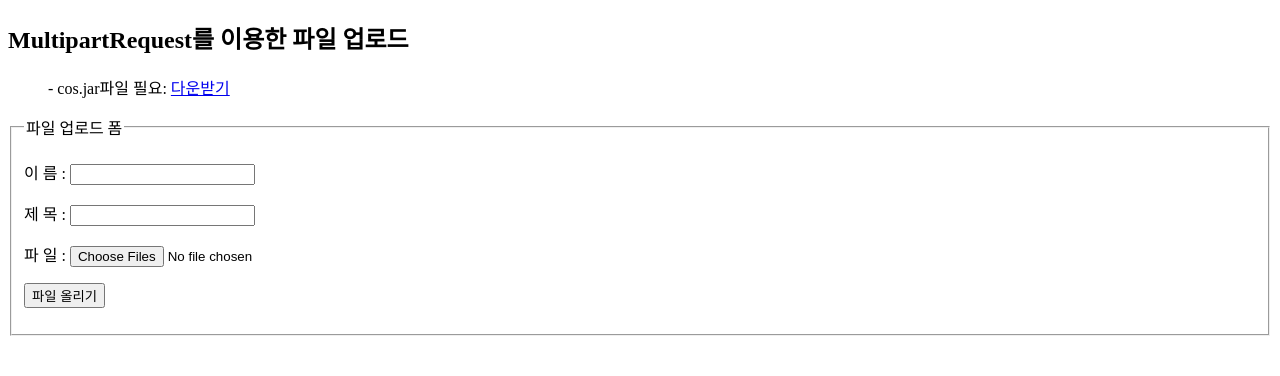
Repository: zhyuk/FullStackStudy
Page: http://localhost/jsptwo/11_01_fileupload01.jsp
These files come from the project's save history. The page is drawn as it stood at one moment and after the next save; the edit follows.
The browser window is 1280 px wide. The pictures show the whole page.
The page is served by Tomcat 9.

Above is the page before, as saved 2024-08-29 04:17:39.

After the next save:
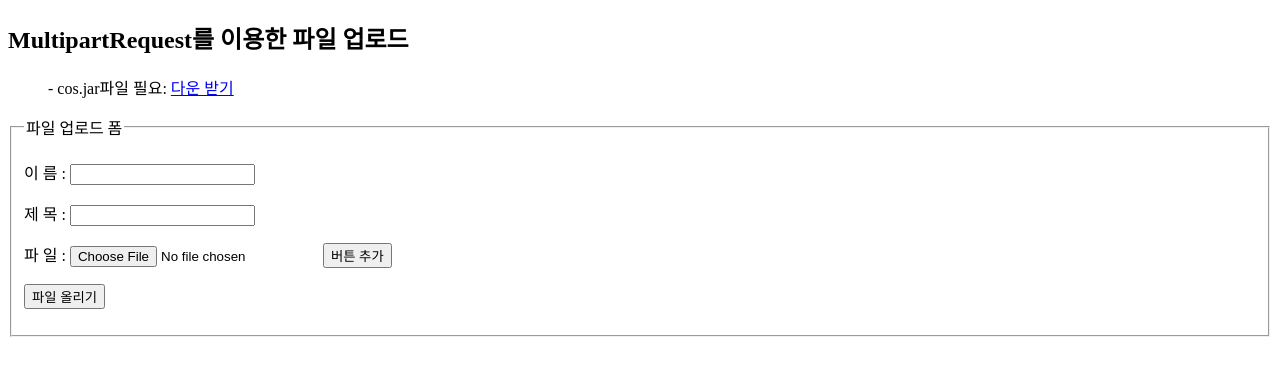
Saved 50 s later.
--- a/jsp/jspwork/jsptwo/src/main/webapp/11_01_fileupload01.jsp
+++ b/jsp/jspwork/jsptwo/src/main/webapp/11_01_fileupload01.jsp
@@ -1,95 +1,83 @@
-<%@ page language="java" contentType="text/html; charset=UTF-8"
-	pageEncoding="UTF-8"%>
+<%@ page language="java" contentType="text/html; charset=UTF-8" pageEncoding="UTF-8"%>
 <!DOCTYPE html>
 <html>
 <head>
-<meta charset="UTF-8">
-<title>Insert title here</title>
+<title>File Upload</title>
 <script>
-		function addFileFnc() {
-			/* .previousSibling : 노드단위. **공백까지도 포함한 텍스트. 나의 형제요소 중 바로 위의 형 요소 => <input type="file" name="filename1">
-				** 공백까지 포함하기 때문에 input태그와 button 태그 사이에 공백 입력하면 안됨.
-				.getAttribute("name").replace("filename", "")) + 1 : <input type="file" name="filename1"> 의 name 속성을 가져와서 filename을 빈 문자열로 대체.
-					=>  <input type="file" name="1"> +1 => <input type="file" name="2">
-			*/
-			let fileAttr = Number(document.getElementById("addFileBtn").previousSibling.getAttribute("name").replace("filename", "")) + 1;
-			let fileLength = document.querySelectorAll("input[type=file]").length; // 1
-// 			let btn = document.getElementById("addFileBtn").cloneNode(true); btn 객체에 addFileBtn 아이디값을 가진 태그 복제함.
-			document.getElementById("addFileBtn").remove();
+	function addFileFnc() {
+		let fileAttr = Number(document.getElementById("addFileBtn").previousSibling.getAttribute("name").replace("filename", "")) + 1;
 
-			let ptag = document.createElement("p");
-			ptag.innerHTML = '파 일 : <input type="file" name="filename' + (fileAttr) + '"><button type="button" id="addFileBtn" onclick="addFileFnc()">버튼 추가</button>';
+		let filesLength = document.querySelectorAll("input[type=file]").length;
+		let btn = document.getElementById("addFileBtn").cloneNode(true);
+		document.getElementById("addFileBtn").remove();
 
-			document.getElementById("filesDiv").appendChild(ptag);
-			// <p>파 일 : <input type="file" name="filename2" multiple></p> 생성됨
+		let ptag = document.createElement("p");
+		ptag.innerHTML = '파 일 : <input type="file" name="filename'+ (fileAttr)+ '"><button type="button" id="addFileBtn" onclick="addFileFnc()">버튼 추가</button>';
 
-			if (fileLength == 4) document.getElementById("addFileBtn").remove();
-			// <p>파 일 : <input type="file" name="filename" multiple></p>가 4개만 생성된 후 사라짐. 5개만 올릴 수 있도록 제한
-		}
+		document.getElementById("filesDiv").appendChild(ptag);
 
-		let extArr = ["jpg", "png", "gif", "jpeg", "svg", "bmp", "webp"];
+		if (filesLength == 4) document.getElementById("addFileBtn").remove();
+	}
 
-		window.onload = function() {
-			fileForm.addEventListener('submit', function(e) {
+	let extArr = [ "jpg", "png", "gif", "jpeg", "svg", "bmp", "webp" ];
+	window.onload = function() {
+		fileForm.addEventListener('submit', function(e) {
 
-				let lenTF = false, extTF = false;
-				let attrStr = document.querySelector("input[type=file]").getAttribute('multiple');
-				let cnt = 0;
-				let imgs;
+			let lenTF = false, extTF = false;
+			let attrStr = document.querySelector("input[type=file]").getAttribute('multiple');
+			let cnt = 0;
+			let imgs;
 
-				if(attrStr == 'multiple'){
-					//mutiple속성이 존재하는 input type='file'만 가능
-					imgs = document.querySelector("input[type=file]").files;
-					for (let i = 0; i < imgs.length; i++) {
-						let extension = imgs[i].name.substring(imgs[i].name.lastIndexOf(".") + 1);
-						extArr.forEach(function(obj) {
-							if (obj == extension.toLowerCase()) cnt++;
-						});
-					}
-				}else{
-					imgs = document.querySelectorAll("input[type=file]");
-					for (let i = 0; i < imgs.length; i++) {
-						let extension = imgs[i].files[0].name.substring(imgs[i].files[0].name.lastIndexOf(".") + 1);
-						extArr.forEach(function(obj) {
-							if (obj == extension.toLowerCase()) cnt++;
-						});
-					}
+			if(attrStr == 'multiple'){
+				//mutiple속성이 존재하는 input type='file'만 가능
+				imgs = document.querySelector("input[type=file]").files;
+				for (let i = 0; i < imgs.length; i++) {
+					let extension = imgs[i].name.substring(imgs[i].name.lastIndexOf(".") + 1);
+					extArr.forEach(function(obj) {
+						if (obj == extension.toLowerCase()) cnt++;
+					});
 				}
+			}else{
+				imgs = document.querySelectorAll("input[type=file]");
+				for (let i = 0; i < imgs.length; i++) {
+					let extension = imgs[i].files[0].name.substring(imgs[i].files[0].name.lastIndexOf(".") + 1);
+					extArr.forEach(function(obj) {
+						if (obj == extension.toLowerCase()) cnt++;
+					});
+				}
+			}
 
-				if (cnt != imgs.length) alert("이미지 파일만 업로드 하실 수 있습니다.");
-				else extTF = true;
+			if (cnt != imgs.length) alert("이미지 파일만 업로드 하실 수 있습니다.");
+			else extTF = true;
 
-				let filesLength = imgs.length;
-				if (filesLength > 5) alert("파일은 최대 5개까지만 업로드할 수 있습니다.");
-				else  lenTF = true;
+			let filesLength = imgs.length;
+			if (filesLength > 5) alert("파일은 최대 5개까지만 업로드할 수 있습니다.");
+			else  lenTF = true;
 
-				if (!(lenTF && extTF)) e.preventDefault(); //기본이벤트 방지
-			});
-		};
-	</script>
-</head>
-<body>
+			if (!(lenTF && extTF)) e.preventDefault(); //기본이벤트 방지
+		});
+	};
+</script></head><body>
 	<h2>MultipartRequest를 이용한 파일 업로드</h2>
-
-	<dl>
-		<dd>
-			- cos.jar파일 필요:
-			<a href="https://mvnrepository.com/artifact/com.servlets/cos/05May2002">다운받기</a>
-		</dd>
-	</dl>
-	<form action="11_01_fileupload01_process.jsp" name="fileForm" method="post" enctype="multipart/form-data">
+	<dl><dd>
+		- cos.jar파일 필요:
+		<a href="https://mvnrepository.com/artifact/com.servlets/cos/05Nov2002">다운 받기</a>
+	</dd></dl>
+	<form name="fileForm" method="post" enctype="multipart/form-data" action="11_01_fileupload01_process.jsp">
 		<fieldset name="fld">
 			<legend>파일 업로드 폼</legend>
-			<p>이 름 : <input type="text" name="name"></p>
-			<p>제 목 : <input type="text" name="subject"></p>
-			<!-- <p><input type="checkbox" name="sel" value="가">가
-				<input type="checkbox" name="sel" value="나">나
-				<input type="checkbox" name="sel" value="다">다
-			</p> -->
-		<div id="filesDiv"></div>
-			<p>파 일 : <input type="file" name="filename" multiple></p>
-<!-- 			<p>파 일 : <input type="file" name="filename1"><button type="button" id="addFileBtn" onclick="addFileFnc()">버튼 추가</button></p> -->
-			<p><input type="submit" value="파일 올리기"></p>
+			<p> 이 름 : <input type="text" name="name"> </p>
+			<p> 제 목 : <input type="text" name="subject"> </p>
+<!-- 			<p>  -->
+<!-- 			<input type="checkbox" name="sel" value="가">가 -->
+<!-- 			<input type="checkbox" name="sel" value="나">나 -->
+<!-- 			<input type="checkbox" name="sel" value="다">다 -->
+<!-- 			</p> -->
+			<div id="filesDiv">
+<!-- 				<p> 파 일 : <input type="file" name="filename" multiple='multiple'> </p> -->
+				<p>	파 일 : <input type="file" name="filename1"><button type="button" id="addFileBtn" onclick="addFileFnc()">버튼 추가</button></p>
+			</div>
+			<p> <input type="submit" value="파일 올리기"> </p>
 		</fieldset>
 	</form>
 </body>

After the save that followed:
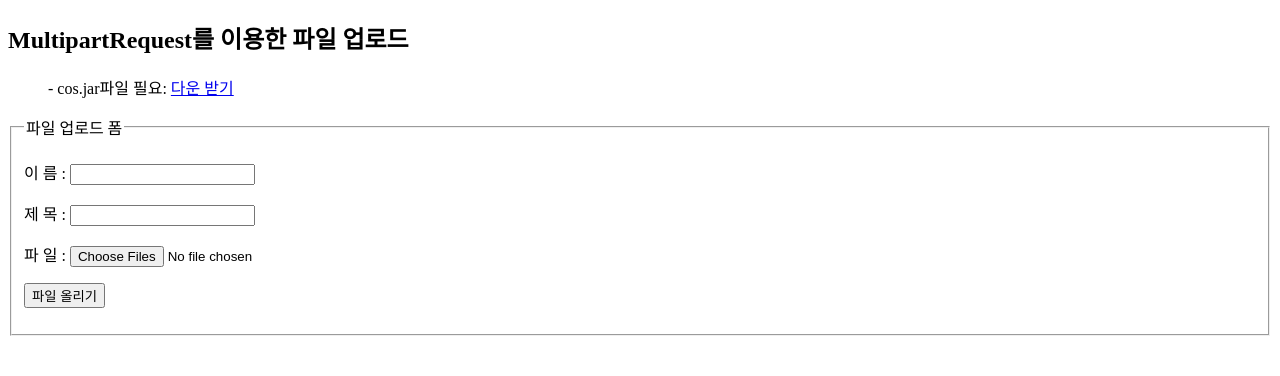
Saved 39 s later.
--- a/jsp/jspwork/jsptwo/src/main/webapp/11_01_fileupload01.jsp
+++ b/jsp/jspwork/jsptwo/src/main/webapp/11_01_fileupload01.jsp
@@ -74,8 +74,8 @@
 <!-- 			<input type="checkbox" name="sel" value="다">다 -->
 <!-- 			</p> -->
 			<div id="filesDiv">
-<!-- 				<p> 파 일 : <input type="file" name="filename" multiple='multiple'> </p> -->
-				<p>	파 일 : <input type="file" name="filename1"><button type="button" id="addFileBtn" onclick="addFileFnc()">버튼 추가</button></p>
+				<p> 파 일 : <input type="file" name="filename" multiple='multiple'> </p>
+<!-- 				<p>	파 일 : <input type="file" name="filename1"><button type="button" id="addFileBtn" onclick="addFileFnc()">버튼 추가</button></p> -->
 			</div>
 			<p> <input type="submit" value="파일 올리기"> </p>
 		</fieldset>
